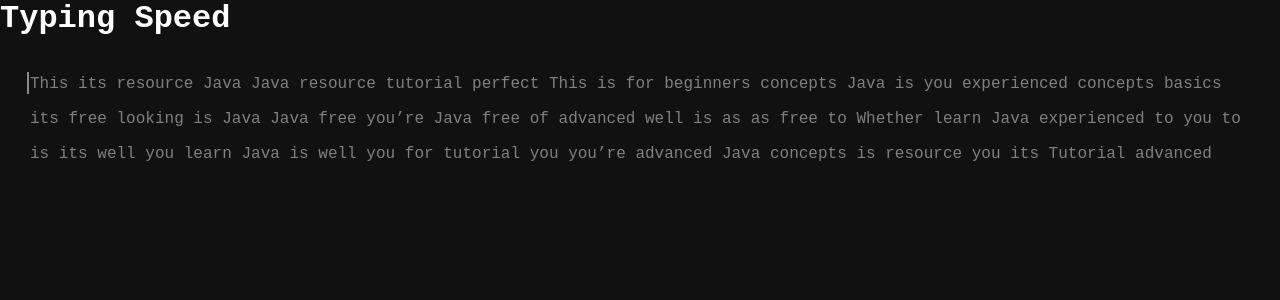
Repository: ThisIsSahaj/Js-Games
Page: TypingSpeed/index.html
The author's editor kept a copy of each file at every save. The page is drawn from the files as they stood at one save, then again after the next save.
The browser window is 1280 px wide. The pictures show the whole page.

Above is the page before, as saved 2024-05-19 19:04:32.

After the next save:
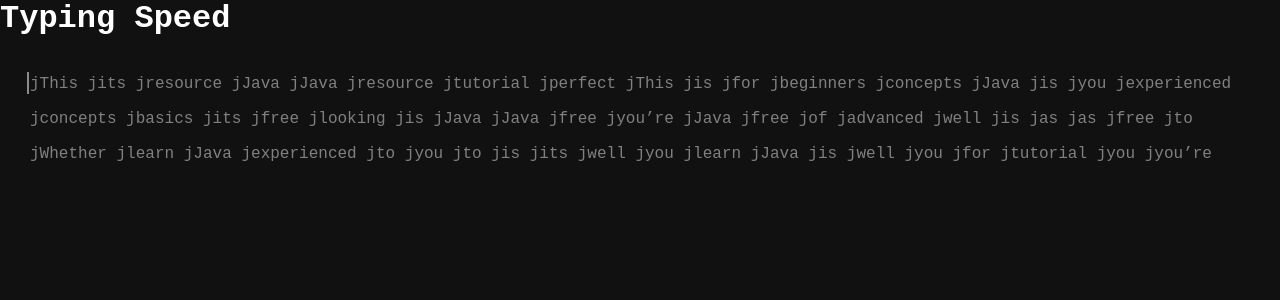
Saved 17 s later.
--- a/TypingSpeed/script.js
+++ b/TypingSpeed/script.js
@@ -24,9 +24,7 @@
 
 const formatWord = (word) => {
   return `
-  <div class="singleWord"><span class="letter">
-    ${word.split('').join('</span><span class="letter">')}</span>
-  </div>
+  <div class="singleWord">j<span class="letter">${word.split('').join('</span><span class="letter">')}</span></div>
   `
 }
 

After the save that followed:
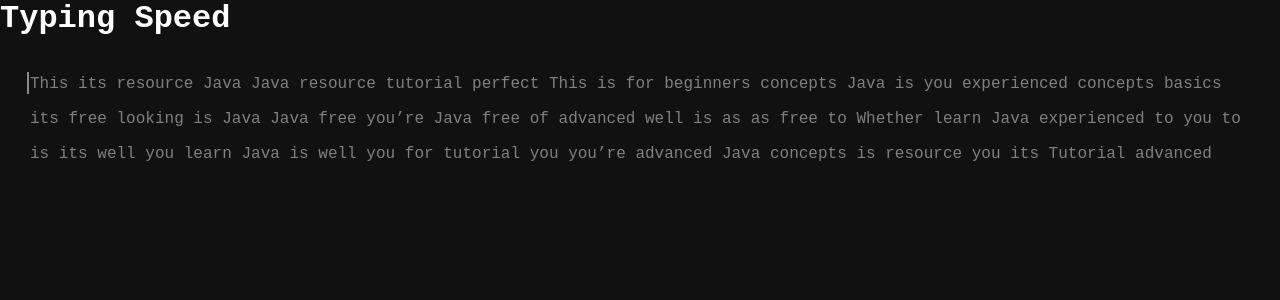
Saved 21 s later.
--- a/TypingSpeed/script.js
+++ b/TypingSpeed/script.js
@@ -24,7 +24,7 @@
 
 const formatWord = (word) => {
   return `
-  <div class="singleWord">j<span class="letter">${word.split('').join('</span><span class="letter">')}</span></div>
+  <div class="singleWord"><span class="letter">${word.split('').join('</span><span class="letter">')}</span></div>
   `
 }
 
